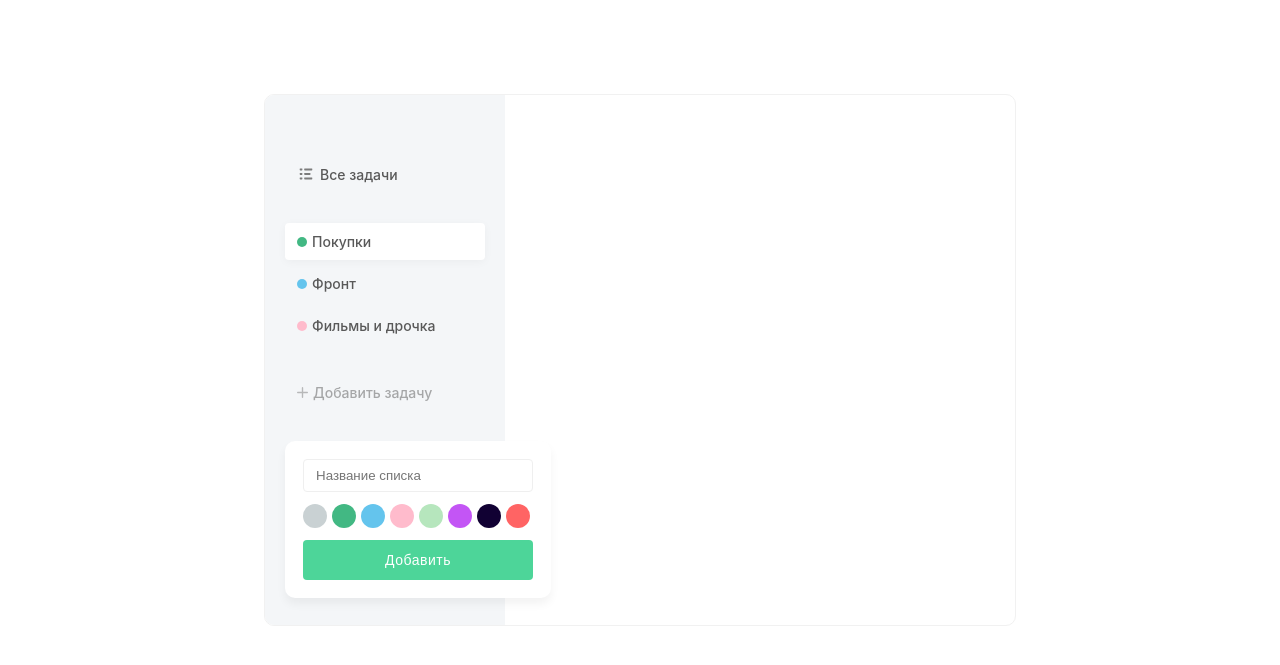
Repository: AzimAzimov/Todo
Page: /
The author's editor kept a copy of each file at every save. The page is drawn from the files as they stood at one save, then again after the next save.
The browser window is 1280 px wide. The pictures show the whole page.
The project was rebuilt for these pictures with package versions that can differ from the ones it lists, and the page was loaded fresh each time.

Above is the page before, as saved 2023-02-19 15:55:56.

### src/index.js
import React from 'react';
import ReactDOM from 'react-dom/client';
import './scss/index.scss';
import App from './App';

const root = ReactDOM.createRoot(document.getElementById('root'));
root.render(
  <React.StrictMode>
    <App />
  </React.StrictMode>
);

### src/scss/index.scss
@import "_normalize.scss";

body {
  margin: 0;
  font-family: -apple-system, BlinkMacSystemFont, 'Segoe UI', 'Montserrat', 'Oxygen',
    'Ubuntu', 'Cantarell', 'Fira Sans', 'Droid Sans', 'Helvetica Neue',
    sans-serif;
  -webkit-font-smoothing: antialiased;
  -moz-osx-font-smoothing: grayscale;
}

.todo {
  position: absolute;
  left: 50%;
  top: 50%;
  width: 750px;
  height: 530px;
  transform: translate(-50%, -50%);
  border: 1px solid #f1f1f1;
  border-radius: 10px;
  overflow: hidden;
  font-size: 14px;
  &__sidebar {
    background: #F4F6F8;
    width: 200px;
    height: calc(100% - 120px);
    padding: 60px 20px;
  }

}

### src/App.js
import React, { useState } from 'react';
import AddButtonList from './components/addButtonList/AddButtonList';

import List from './components/sidebar/List';
import DB from './assets/db.json'
import './scss/index.scss';


function App() {

  const [ value, setValue ] = useState('kjjk')

  return (
    <div className="todo">
      <div className="todo__sidebar">
        <List items={[
          {
            icon: (
              <svg width="18" height="18" viewBox="0 0 18 18" fill="none" xmlns="http://www.w3.org/2000/svg">
                <path d="M12.96 8.10001H7.74001C7.24321 8.10001 7.20001 8.50231 7.20001 9.00001C7.20001 9.49771 7.24321 9.90001 7.74001 9.90001H12.96C13.4568 9.90001 13.5 9.49771 13.5 9.00001C13.5 8.50231 13.4568 8.10001 12.96 8.10001V8.10001ZM14.76 12.6H7.74001C7.24321 12.6 7.20001 13.0023 7.20001 13.5C7.20001 13.9977 7.24321 14.4 7.74001 14.4H14.76C15.2568 14.4 15.3 13.9977 15.3 13.5C15.3 13.0023 15.2568 12.6 14.76 12.6ZM7.74001 5.40001H14.76C15.2568 5.40001 15.3 4.99771 15.3 4.50001C15.3 4.00231 15.2568 3.60001 14.76 3.60001H7.74001C7.24321 3.60001 7.20001 4.00231 7.20001 4.50001C7.20001 4.99771 7.24321 5.40001 7.74001 5.40001ZM4.86001 8.10001H3.24001C2.74321 8.10001 2.70001 8.50231 2.70001 9.00001C2.70001 9.49771 2.74321 9.90001 3.24001 9.90001H4.86001C5.35681 9.90001 5.40001 9.49771 5.40001 9.00001C5.40001 8.50231 5.35681 8.10001 4.86001 8.10001ZM4.86001 12.6H3.24001C2.74321 12.6 2.70001 13.0023 2.70001 13.5C2.70001 13.9977 2.74321 14.4 3.24001 14.4H4.86001C5.35681 14.4 5.40001 13.9977 5.40001 13.5C5.40001 13.0023 5.35681 12.6 4.86001 12.6ZM4.86001 3.60001H3.24001C2.74321 3.60001 2.70001 4.00231 2.70001 4.50001C2.70001 4.99771 2.74321 5.40001 3.24001 5.40001H4.86001C5.35681 5.40001 5.40001 4.99771 5.40001 4.50001C5.40001 4.00231 5.35681 3.60001 4.86001 3.60001Z" fill="black"/>
              </svg>
            ),
            name: 'Все задачи',
          }
        ]} />
        <List
          isRemovable={true}
          items={[
            {
              color: 'green',
              name: 'Покупки',
              active: true,
            },
            {
              color: 'blue',
              name: 'Фронт',
            },
            {
              color: 'pink',
              name: 'Фильмы и дрочка',
            },
          ]}
        />
        <AddButtonList colors={DB.colors} />
      </div>
      <div className='todo__tasks'></div>
    </div>
  );
}

export default App;

### src/scss/_normalize.scss
* {
  padding: 0;
  margin: 0;
  list-style: none;
  outline: none;
}

html {
  -ms-text-size-adjust: 100%;
  -webkit-text-size-adjust: 100%;
}

body {
  -moz-osx-font-smoothing: grayscale;
  -webkit-font-smoothing: antialiased;

}

a,
span,
p,
b,
h1,
h2,
h3,
h4,
h5 {
  margin: 0;
  padding: 0;
  text-decoration: none
}

h1 {
  font-size: 48px;
}

h2 {
  font-weight: 600;
  font-size: 28px;
  line-height: 30px;
}

a {
  text-decoration: none;
}

### src/components/addButtonList/AddButtonList.jsx
import React, {useState} from 'react'
import Badge from '../badge/Badge';
import List from '../sidebar/List'
import "./AddListButton.scss"


const AddButtonList = ({ colors }) => {
  const [visiblePopup, setVisiblePopup] = useState(true);

  return (
    <div className="add__list">
      <List
        onClick={()=> setVisiblePopup(true)}
        items={[
          {
            className: 'todo__list__button',
            icon: (
              <svg width="11" height="11" viewBox="0 0 16 16" fill="none" xmlns="http://www.w3.org/2000/svg">
                <path d="M8 1V15" stroke="black" strokeWidth="2" strokeLinecap="round" strokeLinejoin="round"/>
                <path d="M1 8H15" stroke="black" strokeWidth="2" strokeLinecap="round" strokeLinejoin="round"/>
              </svg>
            ),
            name: 'Добавить задачу'
          }
        ]}
      />
      {visiblePopup &&
        <div className="add__list__popup">
          <input className='field' type='text' placeholder='Название списка' />
          <div className="add__list__popup__colors">
            {colors.map(color => <Badge key={color.id} color={color.name} /> )}
          </div>
          <button className='button'>Добавить</button>
        </div>
      }
    </div>
  )
}

export default AddButtonList

### src/components/sidebar/List.jsx
import React from 'react'
import classNames from 'classnames';

import './List.scss';
import Badge from '../badge/Badge';

const List = ({ items, isRemovable, onClick }) => {
  return (
    <ul onClick={onClick} className='todo__list'>
      {items.map((item, index) => (
        <li key={index} className={classNames(item.className, { active: item.active })}>
          <i>{item.icon ? item.icon : <Badge color={item.color} />}</i>
          <span>{item.name}</span>
        </li>
      ))}
    </ul>
  )
}

export default List

### src/assets/db.json
{
  "lists": [
    {
      "id": 1,
      "name": "Продажи",
      "colorId": 5
    },
    {
      "id": 2,
      "name": "Фронтенд",
      "colorId": 4
    },
    {
      "id": 3,
      "name": "Фильмы и сериалы",
      "colorId": 3
    },
    {
      "id": 4,
      "name": "Книги",
      "colorId": 2
    },
    {
      "id": 5,
      "name": "Личное",
      "colorId": 1
    },
    {
      "name": "Спорт",
      "colorId": 3,
      "id": 6
    },
    {
      "name": "Курс по ReactJS ToDo",
      "colorId": 7,
      "id": 7
    }
  ],
  "tasks": [
    {
      "id": 1,
      "listId": 2,
      "text": "Изучить JavaScript",
      "completed": true
    },
    {
      "id": 2,
      "listId": 2,
      "text": "Изучить паттерны проектирования",
      "completed": false
    },
    {
      "id": 3,
      "listId": 2,
      "text": "ReactJS Hooks (useState, useReducer, useEffect и т.д.)",
      "completed": true
    },
    {
      "id": 4,
      "listId": 2,
      "text": "Redux (redux-observable, redux-saga)",
      "completed": false
    },
    {
      "listId": 2,
      "text": "123",
      "completed": true,
      "id": 5
    },
    {
      "listId": 1,
      "text": "test",
      "completed": false,
      "id": 6
    },
    {
      "listId": 1,
      "text": "qweqwe",
      "completed": false,
      "id": 7
    },
    {
      "listId": 1,
      "text": "qweqwe",
      "completed": true,
      "id": 8
    },
    {
      "listId": 1,
      "text": "123",
      "completed": false,
      "id": 9
    },
    {
      "listId": 4,
      "text": "Купить 1984!",
      "completed": true,
      "id": 10
    },
    {
      "listId": 2,
      "text": "222",
      "completed": true,
      "id": 12
    },
    {
      "listId": 7,
      "text": "Сделали сайдбар",
      "completed": true,
      "id": 15
    },
    {
      "listId": 7,
      "text": "Сделали список задач",
      "completed": true,
      "id": 16
    },
    {
      "listId": 7,
      "text": "Сделали удаление и редактирование задач и списков",
      "completed": true,
      "id": 17
    },
    {
      "listId": 8,
      "text": "tttt",
      "completed": false,
      "id": 18
    }
  ],
  "colors": [
    {
      "id": 1,
      "hex": "#C9D1D3",
      "name": "grey"
    },
    {
      "id": 2,
      "hex": "#42B883",
      "name": "green"
    },
    {
      "id": 3,
      "hex": "#64C4ED",
      "name": "blue"
    },
    {
      "id": 4,
      "hex": "#FFBBCC",
      "name": "pink"
    },
    {
      "id": 5,
      "hex": "#B6E6BD",
      "name": "lime"
    },
    {
      "id": 6,
      "hex": "#C355F5",
      "name": "purple"
    },
    {
      "id": 7,
      "hex": "#110133",
      "name": "black"
    },
    {
      "id": 8,
      "hex": "#FF6464",
      "name": "red"
    }
  ]
}

### src/components/badge/Badge.jsx
import React from 'react'

import "./Barge.scss"

const Badge = ({ color }) => <i className={`badge badge__${color}`}></i>

export default Badge

### src/components/addButtonList/AddListButton.scss
.add__list {
  &__popup {
    width: 230px;
    background: #FFFFFF;
    box-shadow: 0px 6px 10px rgba(0, 0, 0, 0.05);
    border-radius: 10px;
    padding: 18px;
    &__colors {
      display: flex;
      gap: 5px;
      margin: 12px 0;

      .badge {
        width: 20px;
        height: 20px;
        border-radius: 50%;
        position: static;
        cursor: pointer;
        border: 2px solid transparent;
        &.active {
          border-color: #787878;
        }
      }
    }
  }

  .field {
    width: 100%;
    background: #FFFFFF;
    border: 1px solid #EFEFEF;
    border-radius: 4px;
    box-sizing: border-box;
    padding: 8px 12px;
    &:focus {
      border-color: #dadada;
    }
  }

  .button {
    cursor: pointer;
    width: 100%;
    padding: 12px 20px;
    background: #4DD599;
    border-radius: 4px;
    border: none;
    letter-spacing: .5px;
    font-size: 14px;
    color: #FFFFFF;
    transition: all 0.3 ease;
    &:hover {
      background: darken(#4DD599, 4%);
    }
    &:active {
      background: darken(#4DD599, 12%);
    }
  }
}

### src/components/sidebar/List.scss

.todo__list {
  margin-bottom: 30px;
  &__button {
    opacity: 0.5;
    &:hover {
      opacity: 1;
    }
    svg {
      transition: all 0.3s ease;
      path {
        stroke: #7C7C7C;
      }
    }
    span {
      color: #7c7c7c;
      transition: all 0.3s ease;
    }
  }

  li {
    display: flex;
    align-items: center;
    gap: 5px;
    padding: 10px 12px;
    margin-bottom: 5px;
    cursor: pointer;
    &.active {
      background: #FFFFFF;
      box-shadow: 0px 2px 10px rgba(0, 0, 0, 0.04);
      border-radius: 4px;
    }

    i {
      display: inline-flex;
      svg {
        path {
          fill: #7C7C7C;
        }
      }
    }

    span {
      font-weight: 500;
      color: #595959;
    }
  }
}

### src/components/badge/Barge.scss
  .badge {
    display: inline-block;
    width: 10px;
    height: 10px;
    border-radius: 50%;

    &__green {
      background-color: #42B883;
    }

    &__blue {
      background-color: #64C4ED;
    }

    &__pink {
      background-color: #FFBBCC;
    }

    &__red {
      background-color: #FF6464;
    }

    &__black {
      background-color: #110133;
    }

    &__purple {
      background-color: #C355F5;
    }

    &__lime {
      background-color: #B6E6BD;
    }

    &__grey {
      background-color: #C9D1D3;
    }

    &__purple {
      background-color: #C355F5;
    }
  }

Loaded but not shown: public/index.html (common file)

After the next save:
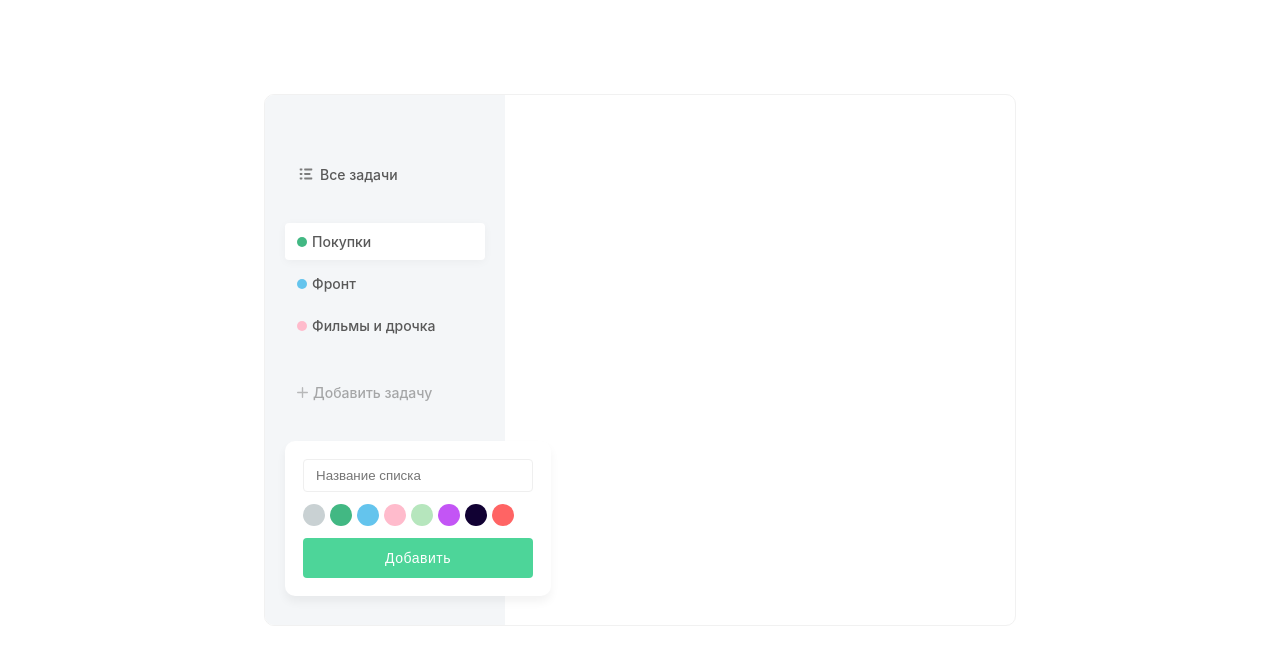
Saved 42 s later.
--- a/src/components/addButtonList/AddListButton.scss
+++ b/src/components/addButtonList/AddListButton.scss
@@ -11,8 +11,8 @@
       margin: 12px 0;
 
       .badge {
-        width: 20px;
-        height: 20px;
+        width: 18px;
+        height: 18px;
         border-radius: 50%;
         position: static;
         cursor: pointer;
